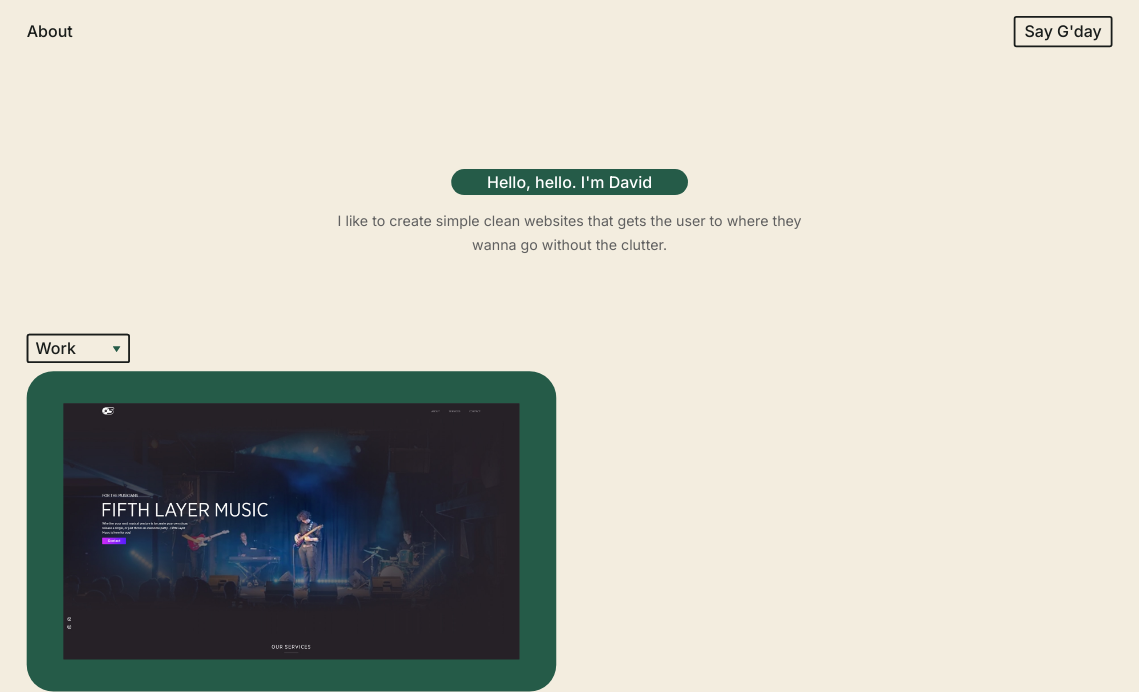
Repository: David-Waite/David-Waite-Portfolio
Page: /
The author's editor kept a copy of each file at every save. The page is drawn from the files as they stood at one save, then again after the next save.
The browser window is 1280 px wide. The pictures show the whole page, at 89% of full size.
The project was rebuilt for these pictures with package versions that can differ from the ones it lists, and the page was loaded fresh each time. Some packages were replaced by stand-ins written for this rebuild. The framework's server and built-in components were replaced by stand-ins that run in the browser. Also part of the build but not shown: next.config.js.

Above is the page before, as saved 2023-07-27 14:36:44.

### app/layout.tsx
import "./globals.css";
import type { Metadata } from "next";
import { Inter } from "next/font/google";
import NavBar from "./components/Nav/NavBar/NavBar";

const inter = Inter({ subsets: ["latin"] });

export const metadata: Metadata = {
  title: "David Waite | Web Developer",
  description: `David Waite. Web Developer. I like to create simple clean websites that gets the user to where they wanna go without the clutter.`,
};

export default function RootLayout({
  children,
}: {
  children: React.ReactNode;
}) {
  return (
    <html lang="en">
      <body className={inter.className}>
        <NavBar />
        {children}
      </body>
    </html>
  );
}

### app/page.tsx
import Projects from "./components/Home/Projects/Projects";
import styles from "./page.module.css";

export default function Home() {
  return (
    <main className={styles.main}>
      <div className={styles.headingContainer}>
        <h1>Hello, hello. I&apos;m David</h1>
        <p>
          I like to create simple clean websites that gets the user to where
          they wanna go without the clutter.
        </p>
      </div>

      <Projects />
    </main>
  );
}

### app/contact/send/route.ts
import mail from "@sendgrid/mail";
import { NextResponse } from "next/server";

// Create an api key in sendgrid and store someplace safe
mail.setApiKey(process.env.SENDGRID_API_KEY || "");

type ResponseData = {
  status?: string;
  message?: string;
};

export async function POST(request: Request) {
  let response: ResponseData = {};
  const body = await request.json();
  // I know the formData I sent in my request has name, email, and message fields so I'm just manually grabbing them to format a message
  const message = `
    Name: ${body.name}\r\n
    Email: ${body.email}\r\n
    Message: ${body.message}

  `;
  const data = {
    to: "davidwaite122@gmail.com",
    from: "davidwaiteportfolio@zohomail.com.au",
    subject: "Contact Message via Sendgrid",
    text: message,
    html: message.replace(/\r\n/g, "<br>"),
  };

  // Send the data and create a response object. I'm using status and message to display a success or fail notification in the UI
  await mail
    .send(data)
    .then(() => {
      response = {
        status: "success",
        message: "Your message was sent. I'll be in contact shortly.",
      };
    })
    .catch((error) => {
      response = {
        status: "error",
        message: `Message failed to send with error, ${error}`,
      };
    });

  return NextResponse.json(response);
}

### app/globals.css
:root {
  --primary: #255b48;
  --black: #191d1b;
  --background: #f3eddf;
  --white: #ffffff;
  --grey: #606060;
  --error: #a83c23;
}

.paragraph {
  font-size: 18px;
  font-style: normal;
  font-weight: 400;
  line-height: 25.2px;
  color: var(--black);
}

body {
  background-color: var(--background);
}

* {
  padding: 0;
  margin: 0;
  box-sizing: border-box;
}

### app/components/Nav/NavBar/NavBar.tsx
"use client";
import NavButton from "../NavButton/NavButton";
import styles from "./navBar.module.css";
import { usePathname } from "next/navigation";

import Link from "next/link";

export default function NavBar() {
  const currentRoute = usePathname();

  return (
    <nav className={styles.container}>
      <Link
        className={styles.link}
        href={`./${currentRoute === "/" ? "about" : "/"}`}
      >
        {currentRoute === "/" ? "About" : "Home"}
      </Link>

      {currentRoute !== "/contact" && <NavButton />}
    </nav>
  );
}

### app/components/Home/Projects/Projects.tsx
"use client";

import Image from "next/image";
import styles from "./projects.module.css";
import Dropdown from "../Dropdown/Dropdown";
import { useState } from "react";

export default function About() {
  const projects: any = [
    {
      image: "/EdAble.jpg",
      imageAlt: "Edable Home",
      link: "www.edable.org.au",
      description:
        "A charity working on employing and educating in the field of autism",
      madeWith: ["Next.Js", "Contentful"],
    },
    {
      image: "/CassieFleming.jpg",
      imageAlt: "Cassie Fleming illustrations",
      link: "www.cassiefleming.com",
      description: "An animation portfolio",
      madeWith: ["Next.Js", "Contentful"],
    },

    {
      image: "/FifthLayerMusic.jpg",
      imageAlt: "Fifth layer music home",
      link: "fifth-layer-music.vercel.app",
      description: "A platform for musicians to do what they do best",
      madeWith: ["Next.Js"],
    },
  ];

  const work: any = [
    {
      image: "/FifthLayerMusic.jpg",
      imageAlt: "Fifth layer music home",
      link: "fifth-layer-music.vercel.app",
      description: "A platform for musicians to do what they do best",
      madeWith: ["Next.Js"],
    },
  ];

  const [dropdown, setDropdown] = useState({
    selected: "Work",
    unselected: "Projects",
  });

  function handleSelect() {
    setDropdown((prev) => {
      return {
        selected: prev.unselected,
        unselected: prev.selected,
      };
    });
  }
  const data = dropdown.selected === "Projects" ? projects : work;

  const projectCardsElement: any = data.map((item: any) => {
    return (
      <div key={item.title} className={styles.contaner}>
        <div className={styles.outerContainer}>
          <div className={styles.projectsCard}>
            <div className={styles.projectContainer}>
              <div className={styles.projectInfo}>
                <div></div>
                <div>
                  <h2>{item.link}</h2>
                  <p>{item.description}</p>
                  <p className={styles.linkContainer}>
                    <a
                      href={`https://${item.link}`}
                      target="_blank"
                      className={styles.link}
                    >
                      View Website
                    </a>
                  </p>
                </div>

                <ul className={styles.madeWith}>
                  {item.madeWith.map((madewith: any) => (
                    <li key={item.title}>
                      {`${madewith}${
                        madewith === item.madeWith[item.madeWith.length - 1]
                          ? ""
                          : ","
                      }`}
                    </li>
                  ))}
                </ul>
              </div>

              <Image
                className={styles.projectImages}
                src={item.image}
                alt={item.imageAlt}
                fill={true}
              />
            </div>
          </div>
        </div>
      </div>
    );
  });
  return (
    <>
      <Dropdown onClick={handleSelect} dropdown={dropdown} />
      <div className={styles.projectsGrid}>{projectCardsElement}</div>
    </>
  );
}

### app/page.module.css
.main {
  margin: 0 30px;
}
.headingContainer {
  display: flex;
  flex-direction: column;
  align-items: center;
  margin: 120px 0px;
}

.headingContainer h1 {
  background-color: var(--primary);
  color: var(--white);
  font-size: 18px;
  font-weight: 500;
  padding: 4px 40px;
  border-radius: 20px;
  margin-bottom: 16px;
}

.headingContainer p {
  color: var(--grey);
  max-width: 550px;
  text-align: center;
  line-height: 27px;
}

@media (max-width: 768px) {
  .main {
    margin: 0 20px;
  }
}

@media (max-width: 425px) {
  .headingContainer h1,
  .headingContainer h1 p {
    font-size: 16px;
  }
}

### app/components/Nav/NavButton/NavButton.tsx
import styles from "./navButton.module.css";

import Link from "next/link";

export default function NavButton() {
  return (
    <Link className={styles.container} href={"./contact"}>
      Say G&apos;day
    </Link>
  );
}

### app/components/Nav/NavBar/navBar.module.css
.container {
  display: flex;
  align-items: center;
  justify-content: space-between;
  height: 70px;
  padding: 0 30px;
}

.link {
  color: var(--black);
  text-decoration: none;
  font-size: 18px;
  font-weight: 500;
  cursor: pointer !important;
}

.link:hover {
  color: var(--grey);
}

@media (max-width: 768px) {
  .container {
    padding: 0 20px;
  }
}
@media (max-width: 425px) {
  .link {
    font-size: 16px;
  }
}

### app/components/Home/Projects/projects.module.css
.projectsGrid {
  display: grid;
  grid-template-columns: 1fr 1fr 1fr;
  gap: 30px;
}

.projectsCard {
  background-color: var(--primary);
  height: calc((100vw / 3) / 16 * 9);
  border-radius: 30px;
  display: flex;
  align-items: center;
  justify-content: center;
}

.projectContainer {
  position: relative;
  height: calc(100% - 120px);
  width: calc(100% - 168px);
}
.projectImages {
  object-fit: contain;
  z-index: 0;
  transition: 0.4s;
  border-radius: 3px;
}
.projectInfo {
  position: absolute;
  top: 50%;
  left: 50%;
  width: 100%;
  height: 100%;
  transform: translate(-50%, -50%);
  z-index: 2;
  display: flex;
  flex-direction: column;
  justify-content: space-between;
  align-items: center;
  opacity: 0;
  transition: 0.4s;
}

.projectsCard h2 {
  text-align: center;
  color: var(--white);
  font-size: 18px;
  font-weight: 500;
}

.projectsCard p {
  font-size: 18px;
  text-align: center;
  margin: 8px 30px 0 30px;
  color: var(--white);
  font-weight: 300;
}

.madeWith {
  list-style: none;
  display: flex;
  justify-content: center;
  gap: 8px;
  color: #a7a7a7;
  font-size: 14.4px;
}

.contaner:hover .projectImages {
  opacity: 0;
  transform: scale(1.1);
}

.contaner:hover .projectInfo {
  opacity: 1;
}

.linkContainer {
  padding-top: 16px;
}
.link {
  text-align: center;
  border: 2px solid var(--white);
  padding: 4px 8px;
  text-decoration: none;
  color: var(--white);
  border-radius: 3px;
  font-weight: 500;
}

.link:hover {
  color: var(--primary);
  background-color: var(--white);
}
@media (max-width: 1700px) {
  .projectContainer {
    height: calc(100% - 68px);
    width: calc(100% - 82px);
  }
}

@media (max-width: 1300px) {
  .projectsGrid {
    grid-template-columns: 1fr 1fr;
  }

  .projectsCard {
    background-color: var(--primary);
    height: calc((100vw / 2) / 16 * 9);
  }
}

@media (max-width: 768px) {
  .projectsGrid {
    grid-template-columns: 1fr;
    gap: 20px;
  }

  .projectsCard {
    height: calc((100vw) / 16 * 9);
  }

  .projectContainer {
    height: calc(100% - 50px);
    width: calc(100% - 50px);
  }
}

@media (max-width: 425px) {
  .projectsCard p,
  .projectsCard h2 {
    font-size: 16px;
  }
  .link {
    font-size: 12px;
  }
  .linkContainer {
    padding-top: 8px;
  }

  .madeWith {
    font-size: 12.8px;
  }
  .projectContainer {
    height: calc(100% - 50px);
    width: calc(100% - 0px);
  }
}

### app/components/Home/Dropdown/Dropdown.tsx
"use client";

import { useState } from "react";
import styles from "./dropdown.module.css";
import { BiSolidDownArrow } from "react-icons/bi";

export default function Dropdown(props: { onClick: any; dropdown: any }) {
  const [hoverSVG, setHoverSVG] = useState(false);
  const [hover, setHover] = useState(false);

  function handleSelect() {
    props.onClick();
    setHover(false);
  }

  function toggleSelect() {
    setHover((prev) => !prev);
  }

  const openStyle = {
    top: "-34px",
  };

  const closedStyle = {
    top: "4px",
  };

  const openSVGStyle = {
    transform: "rotate(180deg)",
  };

  const hoverSVGStyle = {
    color: "white",
  };

  return (
    <div
      className={styles.selectContainer}
      onMouseEnter={() => setHover(true)}
      onMouseLeave={() => setHover(false)}
    >
      <div
        className={styles.select}
        onMouseOver={() => setHoverSVG(true)}
        onMouseOut={() => setHoverSVG(false)}
        onClick={toggleSelect}
      >
        {props.dropdown.selected}
        <BiSolidDownArrow
          style={Object.assign(
            hover && openSVGStyle,
            hoverSVG && hoverSVGStyle
          )}
        />
      </div>
      <div
        onClick={handleSelect}
        className={styles.dropdown}
        style={hover ? closedStyle : hover === false ? openStyle : closedStyle}
      >
        {props.dropdown.unselected}
      </div>
    </div>
  );
}

### app/components/Nav/NavButton/navButton.module.css
.container {
  border: 2px solid var(--black);
  color: var(--black);
  font-weight: 500;
  border-radius: 3px;
  font-size: 18px;
  padding: 5px 10px;
  transition: 0.3s;
  text-decoration: none;
  cursor: pointer !important;
}

.container:hover {
  background-color: var(--primary);
  color: var(--white);
}

@media (max-width: 425px) {
  .container {
    font-size: 16px;
  }
}

### app/components/Home/Dropdown/dropdown.module.css
.selectContainer {
  display: flex;
  position: relative;
  width: 116px;

  height: 4px;
  margin-bottom: 4px;
}
.select {
  width: 116px;
  z-index: 2;
  top: -34px;
  position: absolute;
  display: flex;
  justify-content: space-between;
  align-items: center;
  font-size: 18px;
  color: var(--black);
  border: 2px solid var(--black);
  border-radius: 3px;
  padding: 4px 8px;
  background-color: var(--background);
  margin-bottom: 8px;
  font-weight: 500;
  transition: 0.3s;
  cursor: pointer !important;
}

.select:hover {
  background-color: var(--primary);
  color: var(--white);
}

.select svg {
  font-size: 10px;
  color: var(--primary);
  transition: 0.3s;
}

.dropdown {
  position: absolute;
  z-index: 1;
  color: var(--grey);
  width: 100%;
  font-size: 18px;
  border: 2px solid var(--grey);
  border-radius: 3px;
  padding: 4px 8px;
  background-color: var(--background);
  margin-bottom: 8px;
  transition: 0.3s;
  font-weight: 500;
  cursor: pointer !important;
}

.dropdown:hover {
  background-color: var(--primary);
  color: var(--white);
  border-color: var(--black);
}

@media (max-width: 425px) {
  .select,
  .dropdown {
    font-size: 16px;
    width: 108px;
  }
}

After the next save:
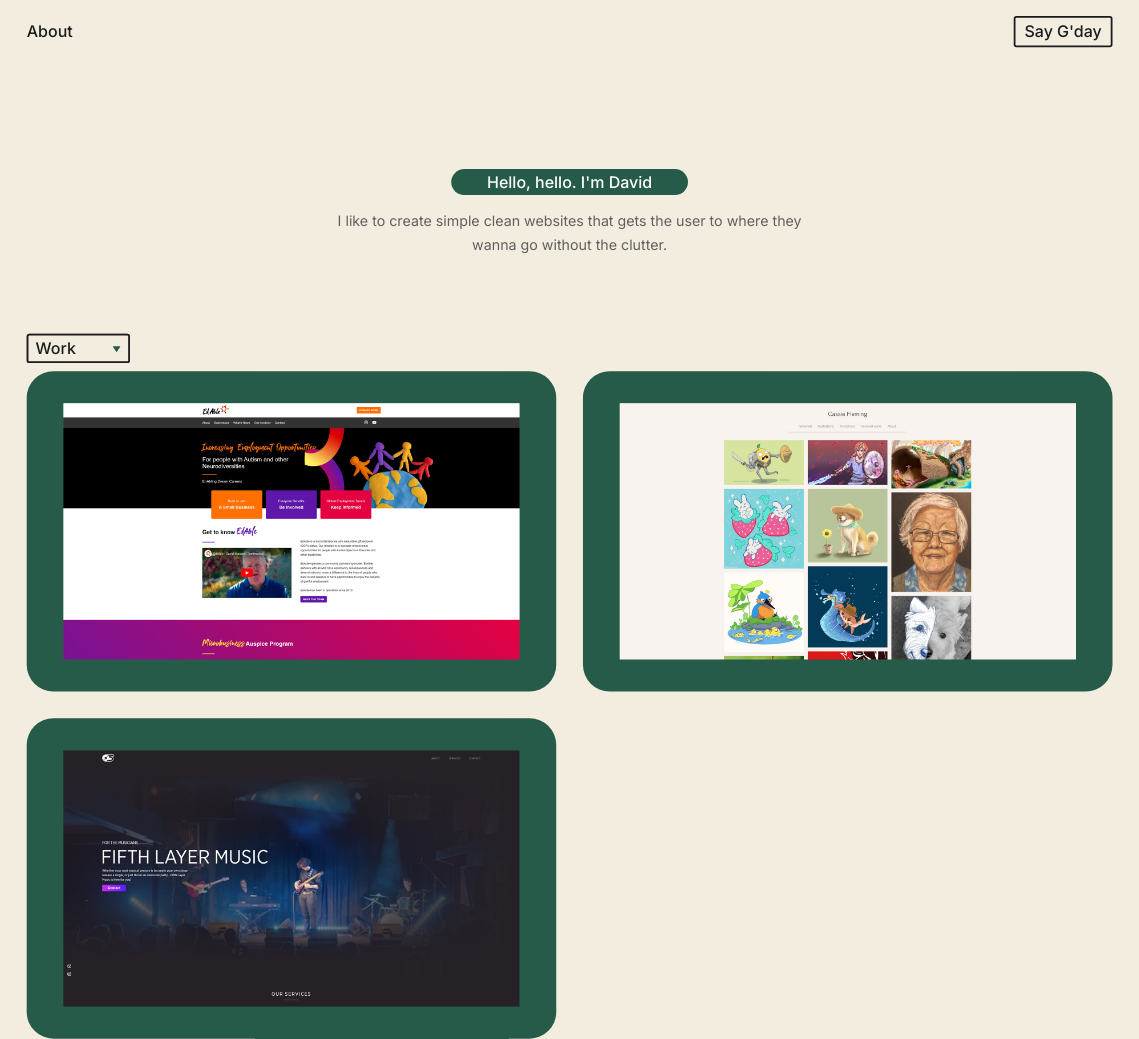
Saved 77 min 10 s later.
--- a/app/components/Home/Projects/Projects.tsx
+++ b/app/components/Home/Projects/Projects.tsx
@@ -33,6 +33,22 @@ export default function About() {
   ];
 
   const work: any = [
+    {
+      image: "/EdAble.jpg",
+      imageAlt: "Edable Home",
+      link: "www.edable.org.au",
+      description:
+        "A charity working on employing and educating in the field of autism",
+      madeWith: ["Next.Js", "Contentful"],
+    },
+    {
+      image: "/CassieFleming.jpg",
+      imageAlt: "Cassie Fleming illustrations",
+      link: "www.cassiefleming.com",
+      description: "An animation portfolio",
+      madeWith: ["Next.Js", "Contentful"],
+    },
+
     {
       image: "/FifthLayerMusic.jpg",
       imageAlt: "Fifth layer music home",
